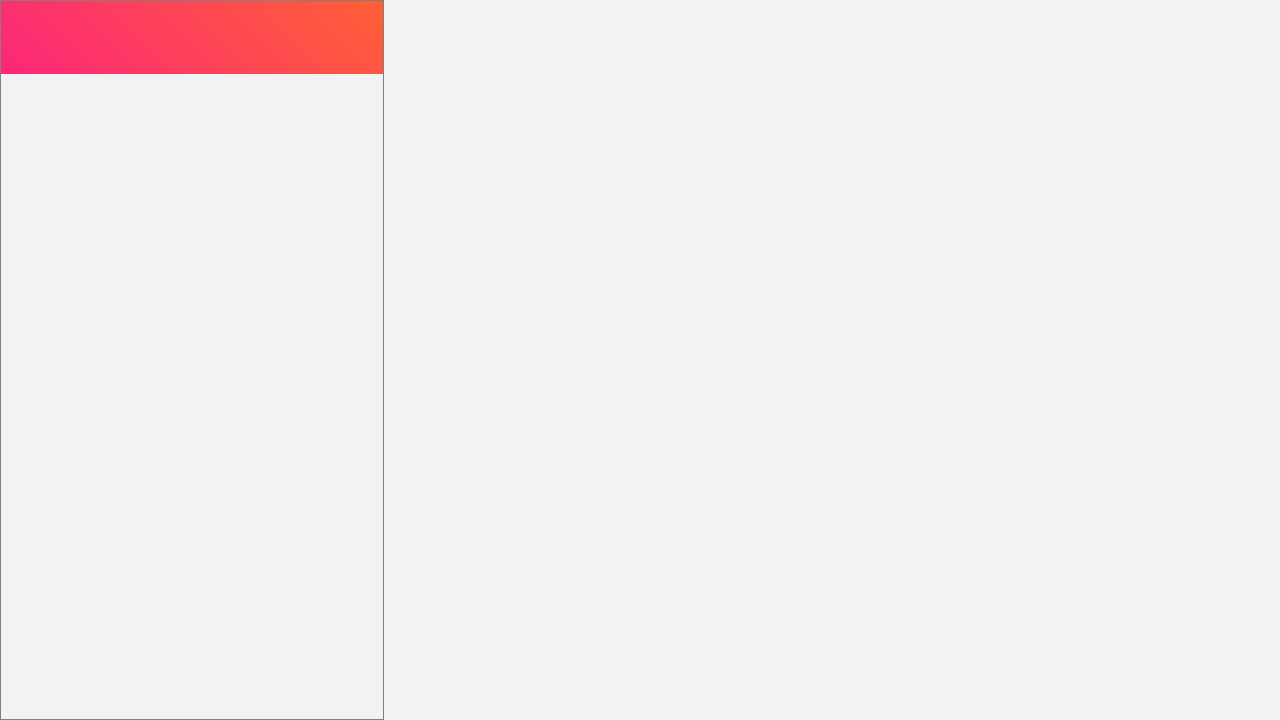
Repository: conquy2002/Project-Tinder
Page: Project RobinTinder/website/index.html
The author's editor kept a copy of each file at every save. The page is drawn from the files as they stood at one save, then again after the next save.
The browser window is 1280 px wide. The pictures show the whole page.

Above is the page before, as saved 2022-01-07 08:24:29.

### Project RobinTinder/website/index.html
<!DOCTYPE html>
<html lang="en">
<head>
    <meta charset="UTF-8">
    <meta http-equiv="X-UA-Compatible" content="IE=edge">
    <meta name="viewport" content="width=device-width, initial-scale=1.0">
    <title>Robin Hẹn hò</title>
    <link rel="stylesheet" href="./css/style.css" />
</head>
<body>
    <div class="main">
        <aside class="nav">
            <div class="nav__header">
                <div class="nav__hearder--profile"></div>
                <div class="nav__header--contact"></div>
            </div>
            <div class="nav__qc"></div>
            <div class="nav_content"></div>
        </aside>
        <div class="content"></div>
    </div>
</body>
</html>

### Project RobinTinder/website/css/style.css
*{
    margin: 0;
    padding: 0;
    box-sizing: border-box;
}
.main{
    background-color: #f0f2f4;
    height: 100vh;
    width: 100%;
    display: flex;
}
.nav{
    flex-basis: 30%;
    height: 100%;
    border: .1px solid gray;
}
.nav__header{
    background: linear-gradient(
45deg,#fd267a,#ff6036);
    background-image: linear-gradient(
45deg, rgb(253, 38, 122), rgb(255, 96, 54));
    height: 73px;
    width: 100%;
}
.content{

}

After the next save:
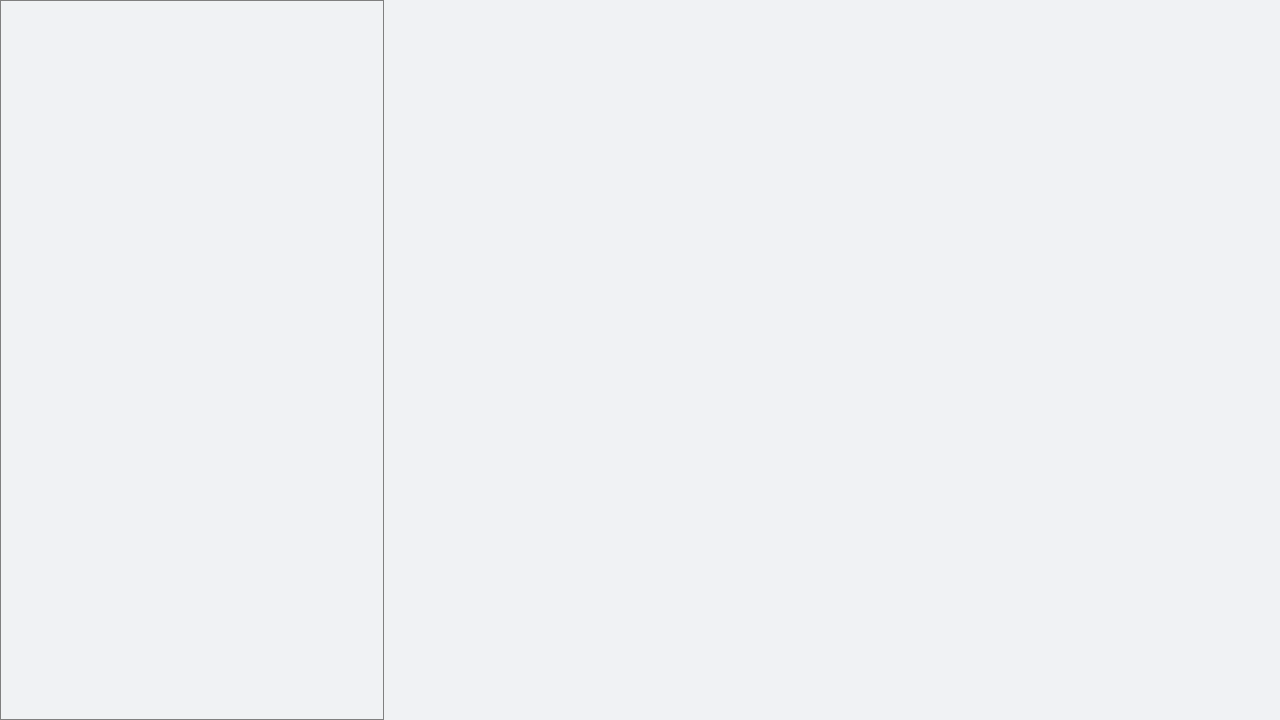
Saved 110 s later.
--- a/Project RobinTinder/website/css/style.css
+++ b/Project RobinTinder/website/css/style.css
@@ -19,7 +19,6 @@
 45deg,#fd267a,#ff6036);
     background-image: linear-gradient(
 45deg, rgb(253, 38, 122), rgb(255, 96, 54));
-    height: 73px;
     width: 100%;
 }
 .content{
